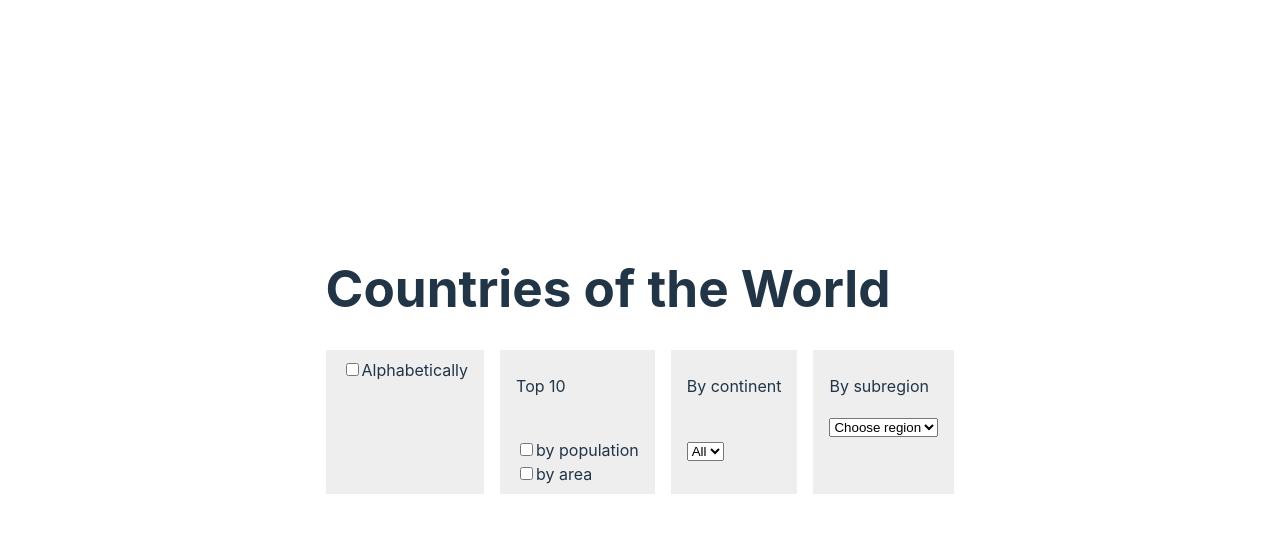
Repository: Vanessahyc/COMP3170_Lab06
Page: /
The author's editor kept a copy of each file at every save. The page is drawn from the files as they stood at one save, then again after the next save.
The browser window is 1280 px wide. The pictures show the whole page.
The page's requests for data from a server got no answer. The project was rebuilt for these pictures with package versions that can differ from the ones it lists, and the page was loaded fresh each time. No one was signed in, and anything a server would have sent is missing. Also part of the build but not shown: vite.config.js, src/components/Country.jsx.

Above is the page before, as saved 2024-11-14 16:33:49.

### src/App.jsx
import { useEffect, useState } from 'react'
import './App.css'
import Countries from './components/Countries';

function App() {

  const [countries, setCountries] = useState([]);
  const url = "https://restcountries.com/v3.1/all";

  async function fetchData() {
    const response = await fetch('https://restcountries.com/v3.1/all');
    const data = await response.json();

    setCountries(data);
  }

  useEffect(() => {
    fetchData();
  }, []);

  return (
    <div>
      <h1>Countries of the World</h1>
      <div className='filter_container'>
        <div>
          <input type='checkbox'/>
          <label>Alphabetically</label>
        </div>
        <div>
          <p>Top 10</p>
          <br/>
          <input type='checkbox'/>
          <label>by population</label>
          <br/>
          <input type='checkbox'/>
          <label>by area</label>
        </div>
        <div>
          <p>By continent</p>
          <br/>
          <select>
            <option>All</option>
          </select>
        </div>
        <div>
          <p>By subregion</p>
          <select>
            <option>Choose region</option>
          </select>
        </div>
      </div>
      <Countries countries={countries}/>
    </div>
  );
}

export default App

### src/App.css
#root {
  max-width: 1280px;
  margin: 0 auto;
  padding: 2rem;
}

/* .logo {
  height: 6em;
  padding: 1.5em;
  will-change: filter;
  transition: filter 300ms;
}
.logo:hover {
  filter: drop-shadow(0 0 2em #646cffaa);
}
.logo.react:hover {
  filter: drop-shadow(0 0 2em #61dafbaa);
}

@keyframes logo-spin {
  from {
    transform: rotate(0deg);
  }
  to {
    transform: rotate(360deg);
  }
}

@media (prefers-reduced-motion: no-preference) {
  a:nth-of-type(2) .logo {
    animation: logo-spin infinite 20s linear;
  }
}

.card {
  padding: 2em;
}

.read-the-docs {
  color: #888;
} */

.main_container {
  width: 400px;
}

.country_header {
  display: flex;
  max-height: 50px;
  background-color: white;

}

.country_header p {
  color: black;
  font-weight: bold;
}

.flag_container {
  flex-basis: 30%;
}

.flag_container img {
  height: 50px;
}

.country_info {
  padding: 1em;
}

.country_info p {
  display: flex;
}

.country_info p span {
  flex-basis: 50%;
  text-align: left;
}

.country_info p span:first-child {
  font-weight: bold;
}

.filter_container {
  display: flex;
  gap: 1em;
}

.filter_container div {
  padding: 0.5rem 1rem;
  background-color: rgb(238, 238, 238);
}

### src/components/Countries.jsx
import Country from "./Country";

export default function Countries({countries}) {
    return(
        <div>
            {
                countries.map(country => (
                    <Country
                        key={country.cca3}
                        url={country.flags.svg}
                        countryName={country.name.common}
                        officialName={country.name.official}
                        capital={country.capital}
                        population={country.population}
                        languages={country.languages}
                        currencies={country.currencies}
                        area={country.area}
                        subregion={country.subregion}
                        continents={country.continents}
                        borders={country.borders}
                        maps={country.maps.googleMaps}
                    />
                ))
            }
        </div>
    );
}

Loaded but not shown: index.html (common file); src/main.jsx (common file); src/index.css (common file)

After the next save:
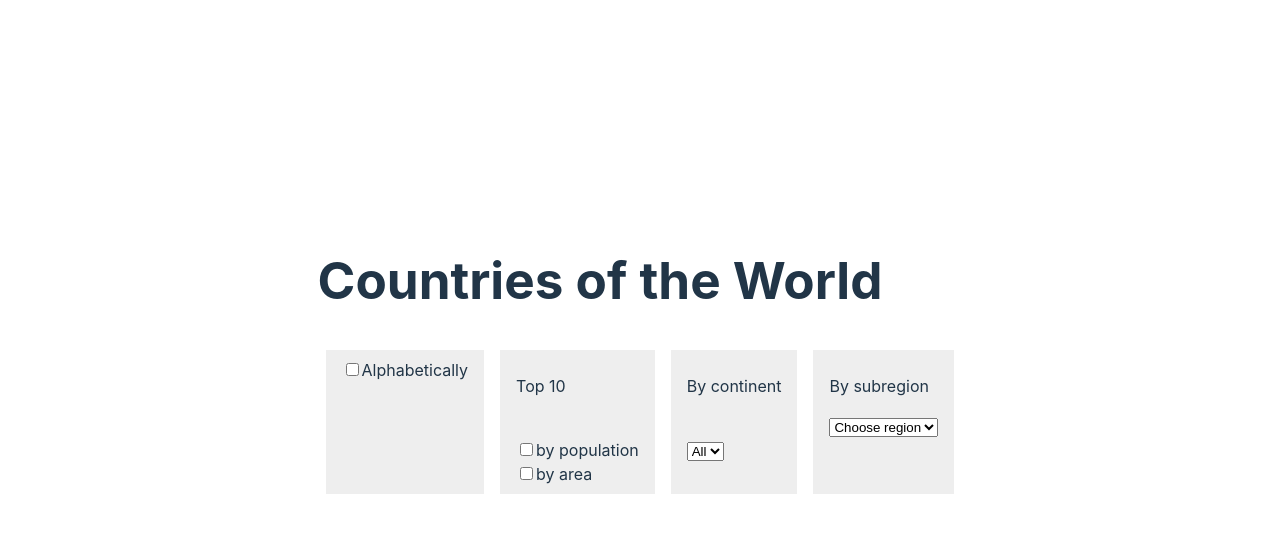
Saved 11 s later.
--- a/src/App.css
+++ b/src/App.css
@@ -84,6 +84,7 @@
 .filter_container {
   display: flex;
   gap: 1em;
+  padding: 0.5rem;
 }
 
 .filter_container div {
